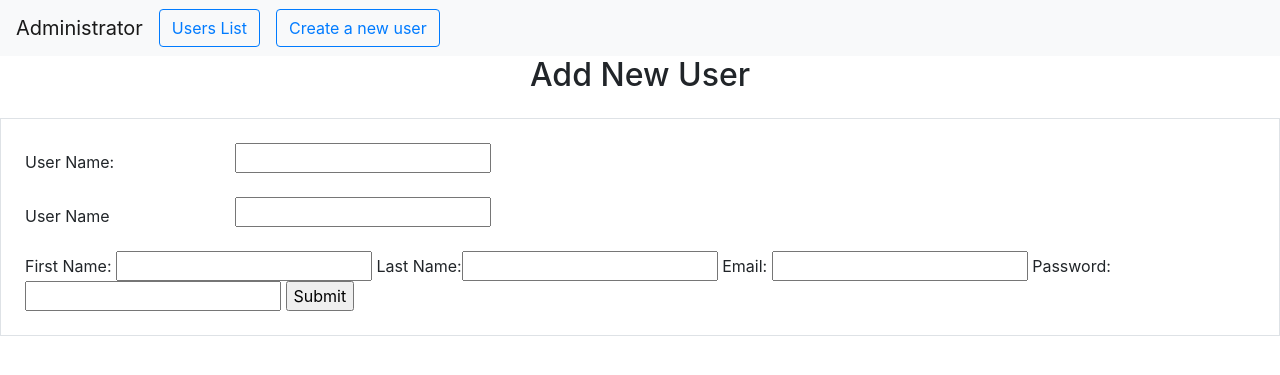
Repository: Dimitris-Kaler/Keycloak-Admin-Web-Interface
Page: http://localhost/rest-api/src/webapp/createUser.jsp
The author's editor kept a copy of each file at every save. The page is drawn from the files as they stood at one save, then again after the next save.
The browser window is 1280 px wide. The pictures show the whole page.
The page is served by Tomcat 9.

Above is the page before, as saved 2023-12-22 18:37:59.

After the next save:
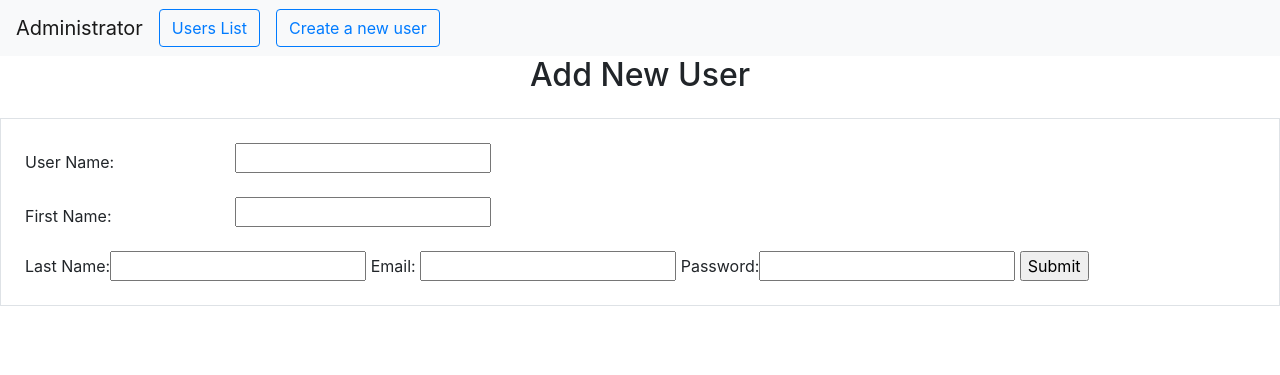
Saved 26 s later.
--- a/rest-api/src/webapp/createUser.jsp
+++ b/rest-api/src/webapp/createUser.jsp
@@ -39,13 +39,12 @@
 			</div>
 		</div>
 <div class="form-group row">
-			<label for="firstName" class="col-sm-2 col-form-label">User
-				Name</label>
+			<label for="firstName" class="col-sm-2 col-form-label">First
+				Name:</label>
 			<div class="col-sm-10">
 				<input type="text" name="firstName" ">
 			</div>
 		</div>
-First Name: <input type="text" name="firstName">
 Last Name:<input type="text"name="lastName">
 Email: <input type="email"name="email">
 Password:<input type="password" name="password">
